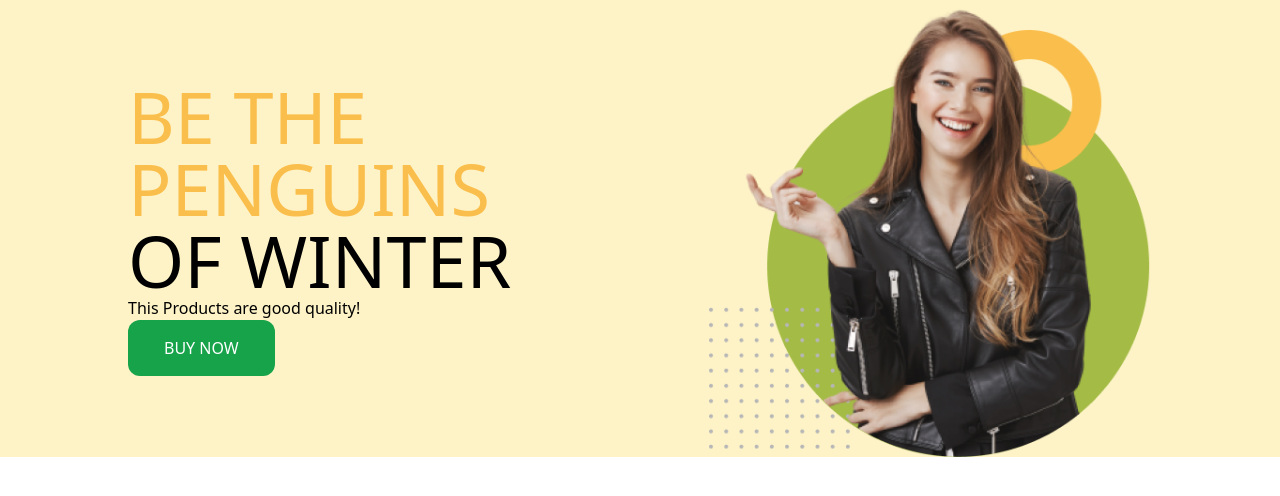
Repository: SyeadaSakina/Penguins-fashion
Page: index.html
These files come from the project's save history. The page is drawn as it stood at one moment and after the next save; the edit follows.
The browser window is 1280 px wide. The pictures show the whole page.
Some web libraries are served in a nearby version.

Above is the page before, as saved 2023-07-21 22:49:35.

After the next save:
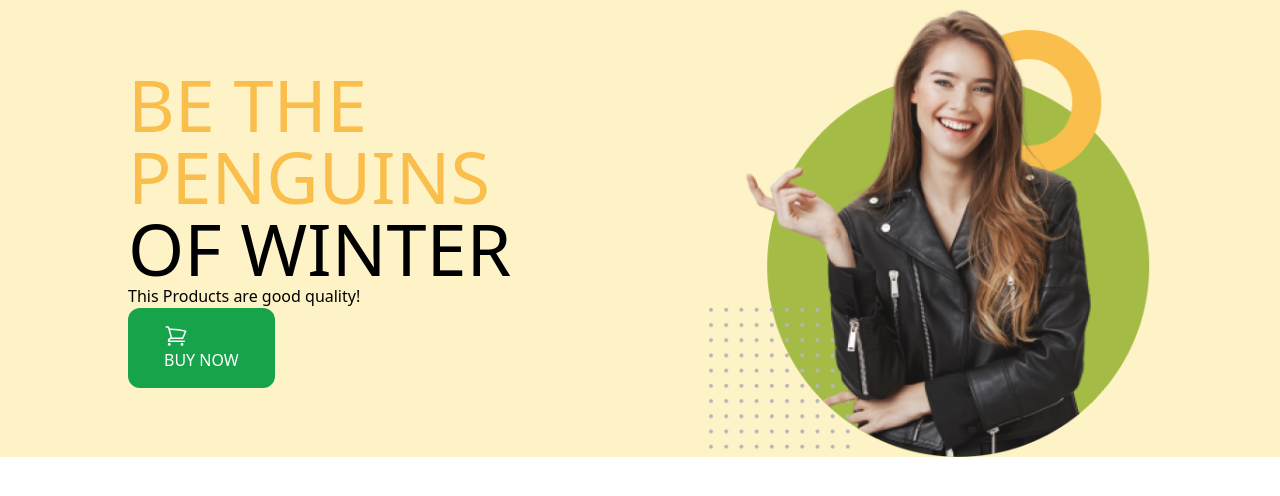
Saved 3 min 17 s later.
--- a/index.html
+++ b/index.html
@@ -24,7 +24,13 @@
                 <p>
                     This Products are good quality!
                 </p>
-                <button class="py-4 px-9 bg-green-600 rounded-xl uppercase text-white font-medium">Buy Now</button>
+                <button class="py-4 px-9 bg-green-600 rounded-xl uppercase text-white font-medium"> <svg
+                        xmlns="http://www.w3.org/2000/svg" fill="none" viewBox="0 0 24 24" stroke-width="1.5"
+                        stroke="currentColor" class="w-6 h-6">
+                        <path stroke-linecap="round" stroke-linejoin="round"
+                            d="M2.25 3h1.386c.51 0 .955.343 1.087.835l.383 1.437M7.5 14.25a3 3 0 00-3 3h15.75m-12.75-3h11.218c1.121-2.3 2.1-4.684 2.924-7.138a60.114 60.114 0 00-16.536-1.84M7.5 14.25L5.106 5.272M6 20.25a.75.75 0 11-1.5 0 .75.75 0 011.5 0zm12.75 0a.75.75 0 11-1.5 0 .75.75 0 011.5 0z" />
+                    </svg>
+                    Buy Now</button>
             </div>
             <div>
                 <img src="images/model.png" alt="Image of a model">
